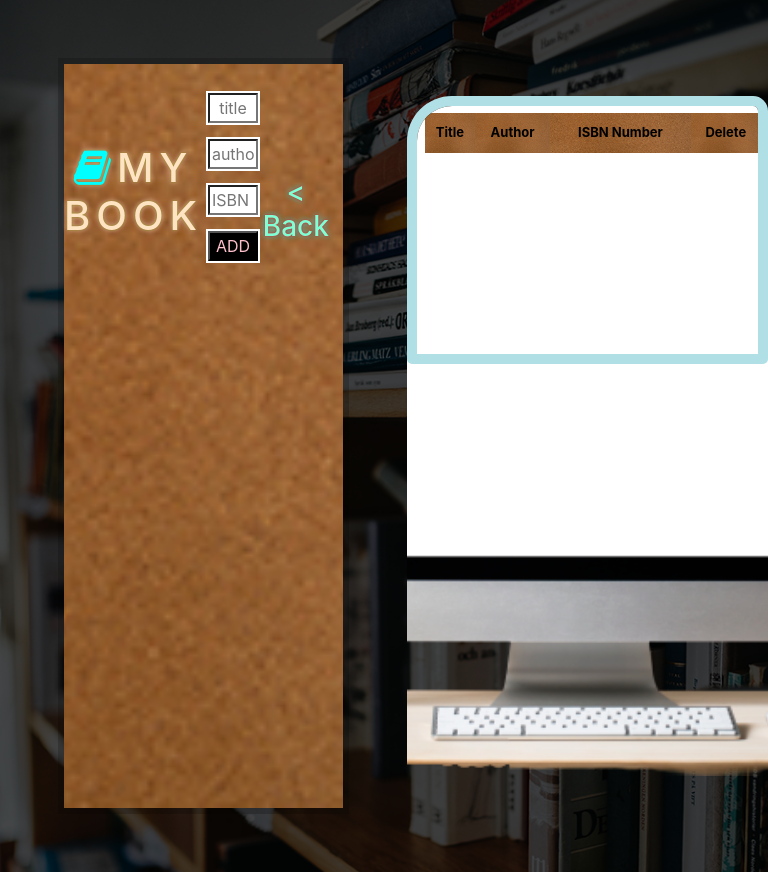
Repository: CSituma/Home-Library-App
Page: libu.html
An editor plug-in stored every save of this project. The page is shown before and after the next save, followed by the edit.
The browser window is 768 px wide. The pictures show the whole page.
Backgrounds fixed to the window are drawn as part of the page. Some web libraries are served in a nearby version.

Above is the page before, as saved 2020-11-10 21:15:08.

### libu.html
<!DOCTYPE html>
<html lang="en">
<head>
    <meta charset="UTF-8">
    <meta name="viewport" content="width=device-width, initial-scale=1.0">
    <meta http-equiv="X-UA-Compatible" content="ie=edge">
    <link rel="stylesheet" href="style.css">
    <link rel="stylesheet" href="https://cdnjs.cloudflare.com/ajax/libs/font-awesome/4.7.0/css/font-awesome.min.css"/>
<link rel="stylesheet" href="https://stackpath.bootstrapcdn.com/bootstrap/4.5.0/css/bootstrap.min.css" integrity="sha384-9aIt2nRpC12Uk9gS9baDl411NQApFmC26EwAOH8WgZl5MYYxFfc+NcPb1dKGj7Sk" crossorigin="anonymous"/>
<link rel="stylesheet" href="https://cdnjs.cloudflare.com/ajax/libs/animate.css/4.0.0/animate.min.css"/>
  <title>BOOK TRACKER</title>
</head>
<body>
    <div class="columns">
        <div class="js">

            <h1><i class="fa fa-book"></i>MY BOOK</h1>
            <form id="form">
                <input type= "text" id= "title"  placeholder="title">
                <input type= "text" id= "author" placeholder="author" >
                <input type= "text" id= "number" placeholder="ISBN Number">
                <input type= "submit"id= "button" value="ADD">
            </form>
        <h3> <a href= "./index.html"> < Back </a></h3>
        </div>
        <div class="storage" >
              <div class="storage_items">
        <table id="table">
            <thead>
                <tr>
                <th id="title">Title</th>
                <th>Author</th>
                <th>ISBN Number</th>
                <th>Delete</th>
                </tr>
                </thead>
                <tbody class="Booklist" id="booklist">
                </tbody>
            </table>
            </div>
        </div>
</div>
    <script src="lib.js"></script>
 </body>
 </html>

### style.css
/*homepage//////////////*/
body,
html {
  max-width: 100%;
  margin: 0;
  padding: 0;
  max-height: 100%;
  background: url("./images/sandra-seitamaa-qkIWnKtGhg4-unsplash.jpg")
    center/cover no-repeat fixed;
}

.container {
  margin: 10em 20em 20em 20em;
  height: 400px;
  width: 40%;
  background-color: rgba(146, 116, 15, 0.445);
  text-align: center;
}

.lol {
  padding-top: 5em;
  font-weight: 800;
  font-style: italic;
}
span {
  color: yellow;
  font-weight: 400;
}
#lolone {
  color: ghostwhite;
}

h3 {
  padding-top: 4em;
  float: right;
  margin-right: 0.5em;
  font-weight: 900;
  font-size: 2rem;
  text-shadow: 0 0 3px #FF0000, 0 0 5px aqua;
}

h3 a {
  text-decoration: none;
 color: aquamarine;

}

h3 a:hover {
  text-decoration: none;
  color: burlywood;
}

#you {
  padding: 1rem;
  color: gold;
}

/*library////////////////*/
.columns {
  display: flex;
  justify-content: space-between;
  max-width: 100%;
  max-height: 100%;
  background: rgba(0, 0, 0, 0.692) fixed;

}
h1{
  letter-spacing: 6px;
  text-shadow: 0 0 3px olive, 0 0 5px pink;
  padding-top:2em;
  margin: 0;
  color: bisque;

}
table {
  background: black;
  width: 100%;
  margin:0.5em;
  margin-left:0.2em;
  text-align: center;
  color:white;

}


td{
  margin: 2em;
}
tr{
  border-left: white 5px solid;
  height: 40px;
}
th {
  color: black;
  background:url('./images/josephine-bredehoft-KsAo8ouBn8A-unsplash.jpg') center/cover no-repeat;
  outline: none;
}
tbody tr:nth-child(odd){
  background:white;
 color: olive;
}
tbody tr:nth-child(odd):hover {
  box-shadow: 0 0 0 2px white;

}
tbody tr:nth-child(even){
background:black;

}
tbody tr:nth-child(even):hover{
  box-shadow: 0 0 0 2px gray;
}

 .fa {
   color:aqua;
 }
 .fa:hover{
   font-size:1.3em;
 }
form {
  padding: 0.3em;
  margin-top: 1em;
}

form input {
  width: 100%;
  margin: 0.5em 0;
  -webkit-box-shadow: 0 0 0 2px white;
  box-shadow: 0 0 0 2px white;
}

:placeholder-shown {
  text-align: center;
}

#button {
  color: pink;
  background-color: black;
}

/*/////////////////////////////////*/
.storage_items {

  background-color: white;
  width:100%;
  max-height: 70%;
  margin-left: 8em;
  margin-top: 5em;
  margin-bottom: 2em;
  border: rgb(0, 0, 0) 5px solid;
  border-style: groove;
  padding-bottom: 15em;
  overflow: scroll;
  scroll-behavior: smooth;
  scrollbar-width: 2px;
}
.storage {
  background:url("./images/1463-removebg-preview.png") center/cover no-repeat;
  width: 60%;
  height: 85vh;
  margin: 6em 3em 6em 0;
  border-radius: 3px;

}
.js {
  -webkit-box-shadow: 0 0 0 6px rgba(0, 0, 0, 0.191);
  box-shadow: 0 0 0 6px rgba(0, 0, 0, 0.191);
  text-align: center;
  width: 40%;
  margin: 6em 0em 6em 3em;
  background: url("./images/josephine-bredehoft-KsAo8ouBn8A-unsplash.jpg")
    center/cover no-repeat;
}

@media screen and (max-width:1000px) {
  .storage{
    margin-right: 0;

    background: url("./images/719-removebg-preview.png") center/cover no-repeat;
  }
  .storage_items{
    margin:0;
    font-size: 13px;
   border: 10px solid black;
   border-radius: 45px;
   border-bottom-right-radius:5px;
   border-bottom-left-radius:5px;
   border-top-right-radius:15px;

   padding:0;
   padding-bottom: 15em;

}

.js{
  margin: 0;}


}

@media screen and (min-width:1000px) {

 .storage_items{
  max-height: 60%;
    background-color: white;
    width: 400px;
    height: 50%;
    margin-left: 10em;
    margin-top: 5.5em;

  }


 }

 @media screen and (max-width:800px)
 {
  .storage{
    margin-right: 0;

    background: url("./images/719-removebg-preview.png") center/cover no-repeat;
  }
  .storage_items{
    margin:0;
    font-size: 13px;
   border: 10px solid powderblue;
   border-radius: 45px;
   border-bottom-right-radius:5px;
   border-bottom-left-radius:5px;
   border-top-right-radius:15px;

   padding:0;
   padding-bottom: 15em;

}

.js{
 display:inline-flex;
  margin:4em;}

 }

### lib.js
// Book Class: Represents a Book
class Book {
  constructor(title, author, isbn) {
    this.title = title;
    this.author = author;
    this.isbn = isbn;
  }
}

// UI Class: Handle UI Tasks
class UI {
//display Books.//
static displayBooks () {
 const books = Store.getBooks();
 books.forEach(((book) =>
  UI.addBookToList(book)));
}


//addbooks
static addBookToList(book) {

const bookList = document.querySelector('#booklist');
const row = document.createElement('tr');

row.innerHTML= `<td>${book.title} </td>
               <td>${book.author}</td>
               <td>${book.isbn}</td>
              <td><i class="fa fa-trash-o"></i></td>`;

bookList.appendChild(row);

}


//deletebooks
static deleteBook(el){
 if(el.classList.contains('fa')){
   el.parentElement.parentElement.remove();
  }}

////show alert msg
static showAlert(message, className){
const div = document. createElement('div');
div.className = `alert alert-${className}`;
div.appendChild(document.createTextNode(message));
const button = document.getElementById('button');
const form = document.getElementById('form');


form.insertBefore(div, button);


//message vanishing//

setTimeout(() => {
  document.querySelector('.alert').remove();
}, 3000);

}

//clear fields//

static clearFields() {
  document.querySelector('#title').value = '';
  document.querySelector('#author').value = '';
  document.querySelector('#number').value = '';
}

}

///Events:
/* 1. Display Books */

document.addEventListener('DOMContentLoaded', UI.displayBooks);

/* 2. Add Books*/
document.querySelector("#form").addEventListener('submit',(e) =>
{
e.preventDefault();
///get form values//
const title = document.querySelector('#title').value;
const author = document.querySelector('#author').value;
const isbn = document.querySelector('#number').value;

  // Validate
 if(title ===''|| author===''|| isbn===''){
   UI.showAlert('Please fill in the Form', 'danger')
 }
else{
  //instantiate Book
  const book = new Book(title,author,isbn);

//////Adding
UI.addBookToList(book);

Store.addBook(book);

///Show Sucess Message
UI.showAlert('Added', 'success');
//Clearfields
UI.clearFields();


 }
}
);


/////3. Remove BOOK////
document.querySelector('#booklist').addEventListener('click', (e)=>{
e.preventDefault();
//deleting from UI

UI.deleteBook(e.target);
///deleting from Store
Store.removeBook(e.target.parentElement.previousElementSibling.textContent);
//Message
UI.showAlert('Book Deleted', 'danger');

}
);

///localStorage
class Store{
  static getBooks(){
    let books;
   if (localStorage.getItem('books') === null){
     books = [];
   }
   else {
     books = JSON.parse(localStorage.getItem('books'));
   }
   return books;
  }

  static addBook(book){
    const books= Store.getBooks();
    books.push(book);
   localStorage.setItem('books',JSON.stringify(books));
  }
  static removeBook(isbn) {
    const books = Store.getBooks();

    books.forEach((book, index) => {
      if(book.isbn === isbn) {
        books.splice(index, 1);
      }
    });
    localStorage.setItem('books', JSON.stringify(books));
  }
}

After the next save:
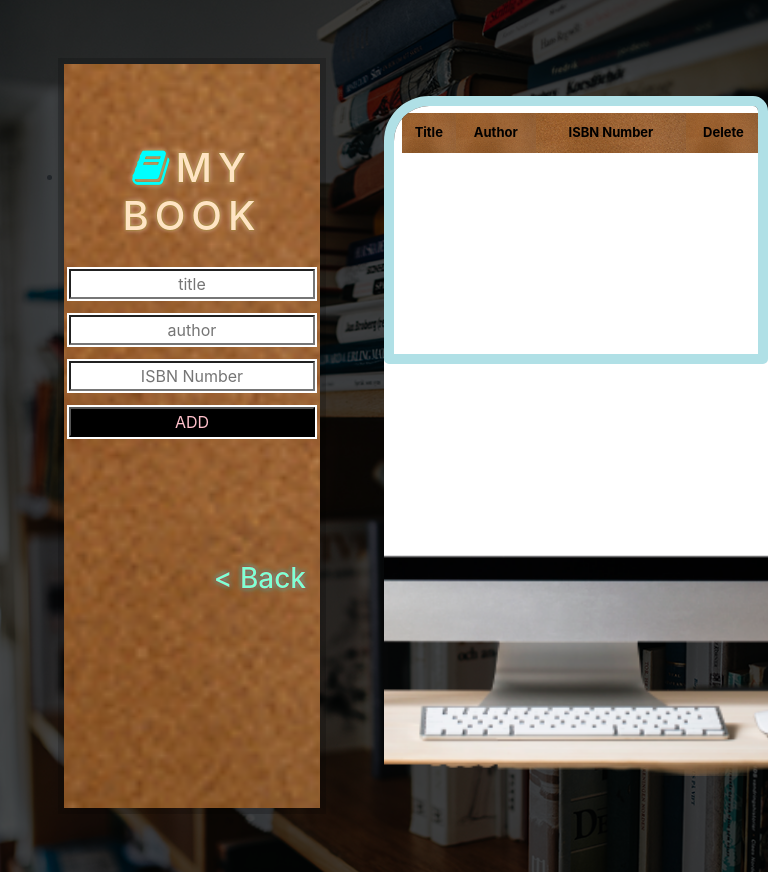
Saved 11 s later.
--- a/style.css
+++ b/style.css
@@ -235,7 +235,7 @@
 }
 
 .js{
- display:inline-flex;
+ display:list-item;
   margin:4em;}
 
  }

After the save that followed:
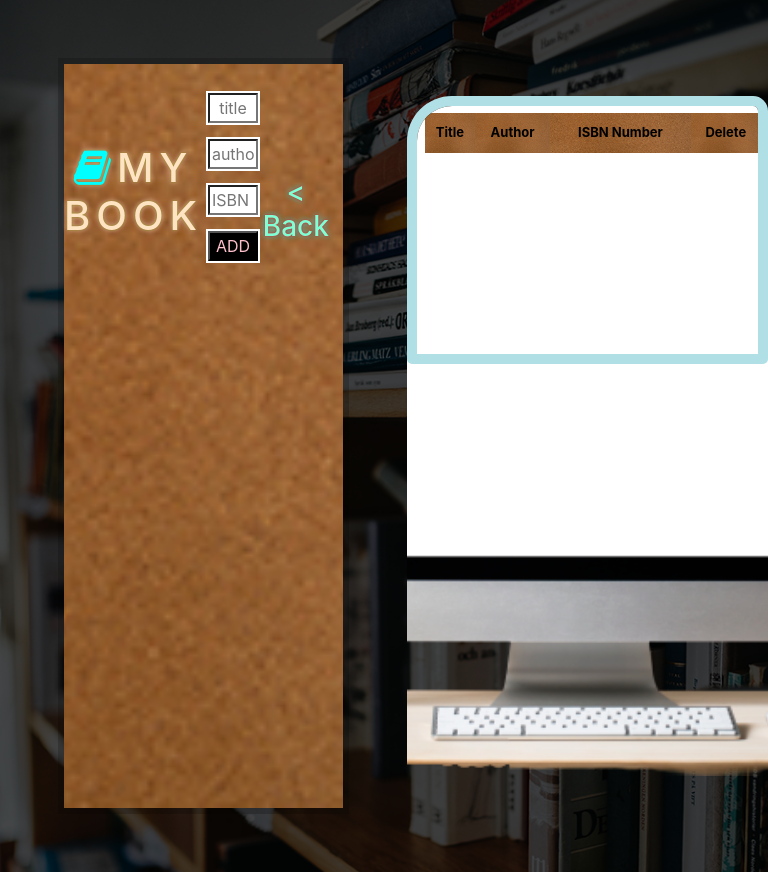
Saved 23 s later.
--- a/style.css
+++ b/style.css
@@ -235,7 +235,7 @@
 }
 
 .js{
- display:list-item;
+ display:flex;
   margin:4em;}
 
  }
